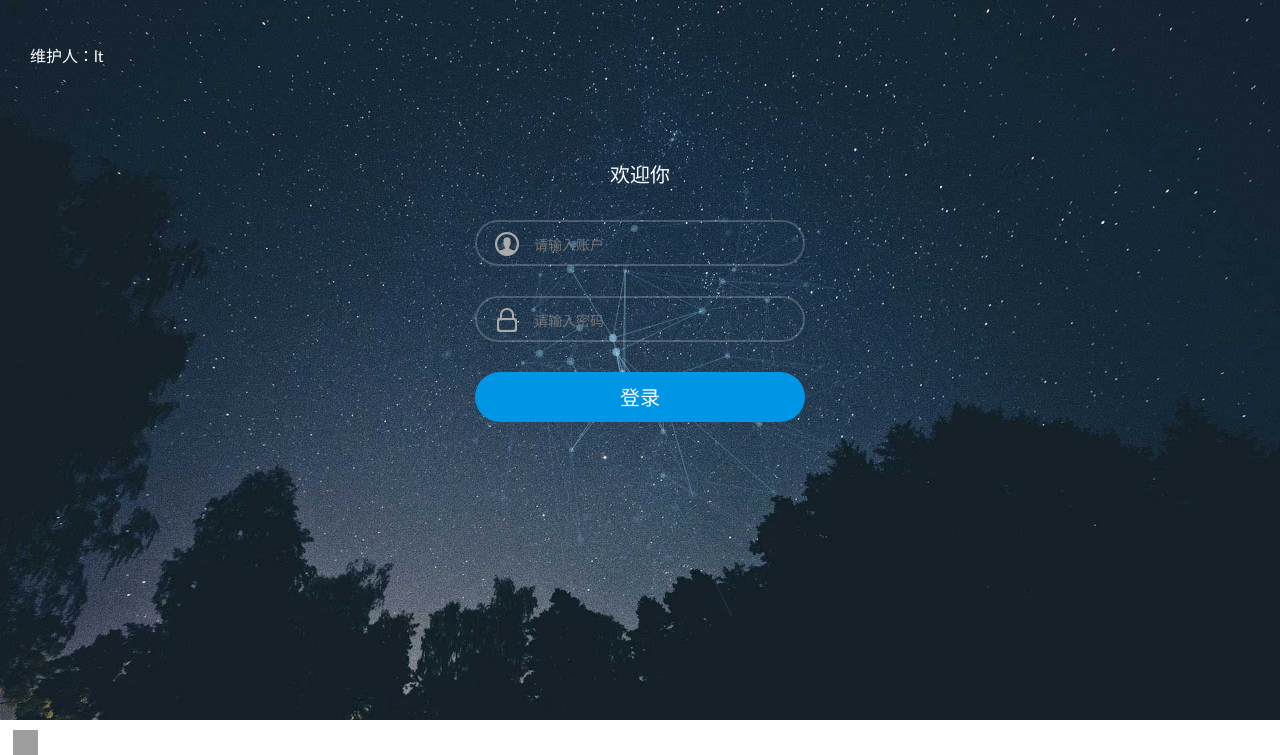
Repository: LTai123456/orl
Page: auth/src/main/resources/static/index.html
The author's editor kept a copy of each file at every save. The page is drawn from the files as they stood at one save, then again after the next save.
The browser window is 1280 px wide. The pictures show the whole page.
Pictures or frames that could not be fetched are drawn as grey boxes.

Above is the page before, as saved 2019-12-26 05:01:42.

After the next save:
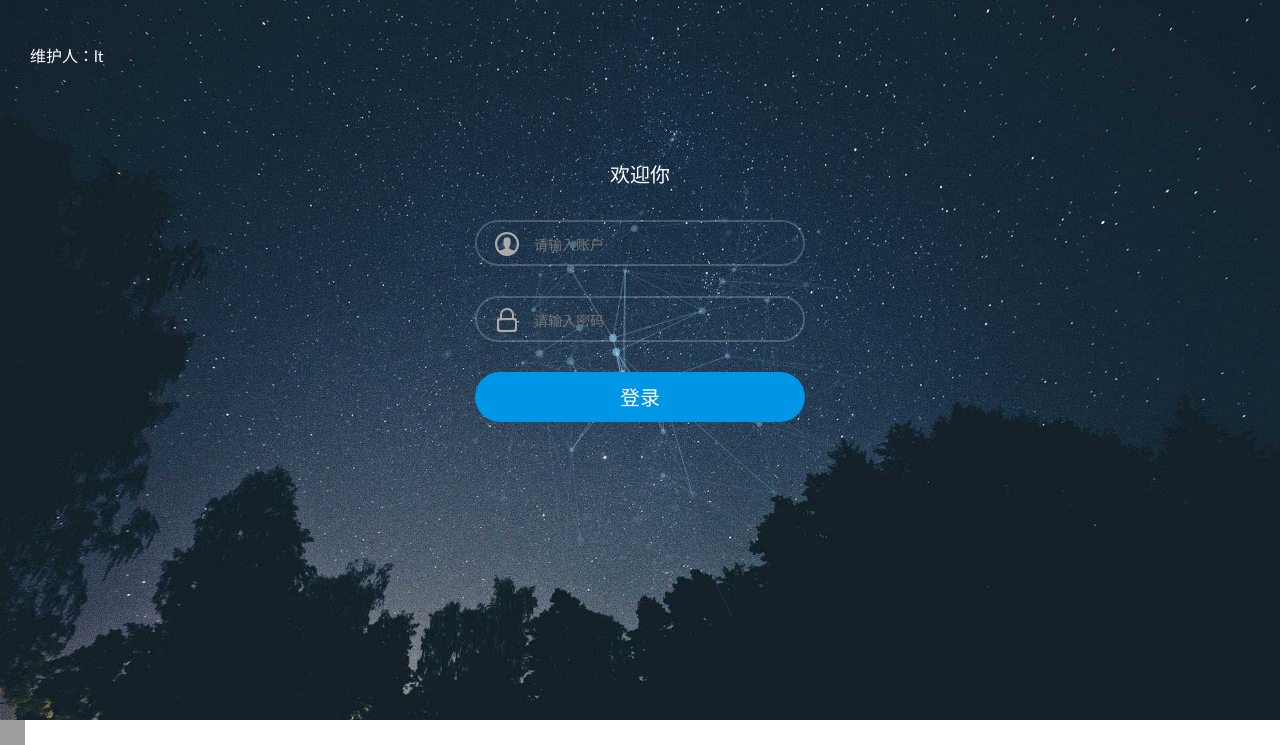
Saved 49 s later.
--- a/auth/src/main/resources/static/css/component.css
+++ b/auth/src/main/resources/static/css/component.css
@@ -62,9 +62,8 @@
 	width: 25px;
 	height: 25px;
 	background: url(../img/zhuce.png);
-	background-position:  -125px 0;
 	position: absolute;
-	margin: 10px 13px;
+	z-index:999;
 }
 .us_uer{
 	width: 25px;
